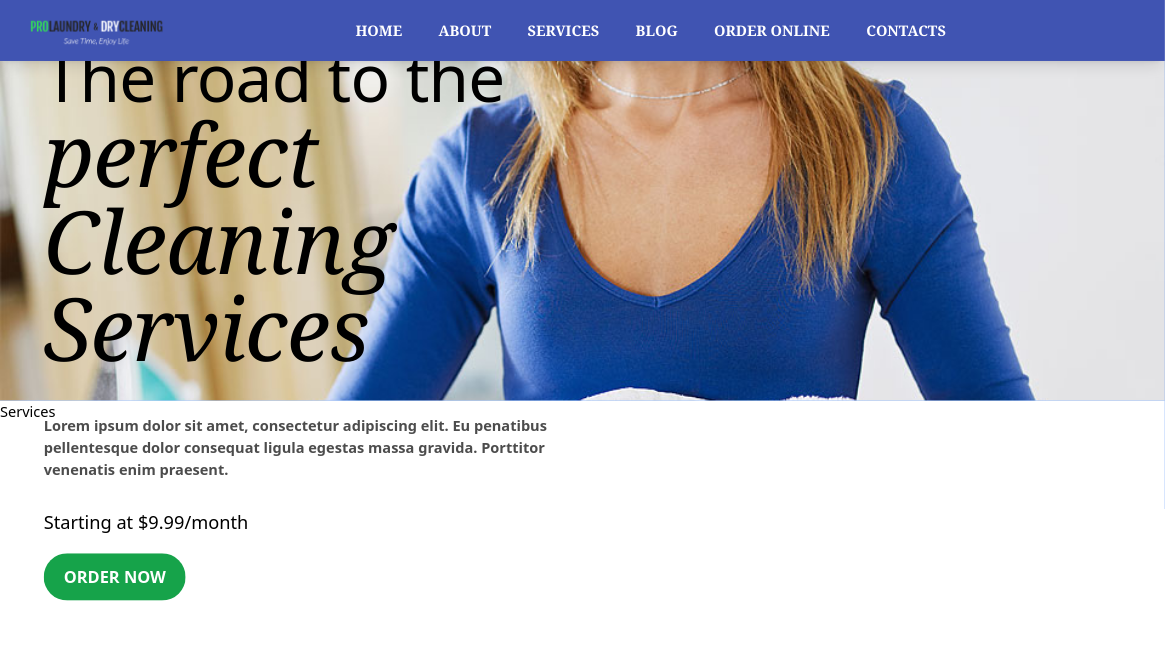
Repository: remydev47/smartlaundry
Page: /
An editor plug-in stored every save of this project. The page is shown before and after the next save, followed by the edit.
The browser window is 1280 px wide. The pictures show the whole page, at 91% of full size.
The project was rebuilt for these pictures with package versions that can differ from the ones it lists, and the page was loaded fresh each time. The framework's server and built-in components were replaced by stand-ins that run in the browser. Also part of the build but not shown: next.config.js, components/Steps.tsx, components/Commercial.tsx, components/Prices.tsx, components/Banner.tsx, components/Reasons.tsx, components/Testimonial.tsx, components/Pricing.tsx and 1 more.

Above is the page before, as saved 2022-10-24 15:13:25.

### pages/_app.tsx
import '../styles/globals.css'
import type { AppProps } from 'next/app'
import Header from '../components/Header'
import Logo from '../components/Logo'

function MyApp({ Component, pageProps }: AppProps) {
  return (
    <>

     <Header />
     <Component {...pageProps} />
    </>
  )
}

export default MyApp

### pages/index.tsx
import type { NextPage } from 'next'
import Head from 'next/head'
import Image from 'next/image'
import { Hero, Services } from '../components'

const Home: NextPage = () => {
  return (
    <div>
      <Head>
        <title>Smart Laundry</title>
        <link rel="icon" href="/favicon.ico" />
      </Head>
      <Hero />
      <Services />


    </div>
  )
}

export default Home

### components/Header.tsx
import React from 'react';
import { navLinks } from '../constants';
import Menupopover from './Menupopover';
import Image from 'next/image';
import Logo from './Logo';

const Header = () => {
  return (
    <header className="fixed inset-x-0 bg-[#4054B2] z-20 flex justify-between items-center py-2 px-2 shadow-lg dark:bg-slate-900 sm:py-3 sm:px-8">
            <div className='flex grow-0 basis-1/3 md:hidden'>
                <Menupopover />
            </div>

             <div className='flex grow-0 justify-center md:justify-start'>
                <Logo />

            </div>


            <ul className="list-none sm:flex hidden justify-center items-center flex-1">
            {navLinks.map((nav, index) => (
                <li
                key={nav.id}
                className={`font-serif font-bold cursor-pointer text-[16px]
                   ${index === navLinks.length - 1 ? 'mr-0' : 'mr-10'}
                  text-white `}
                >
                    <a>{nav.title}</a>
                </li>
            ))}
           </ul>

        </header>
  )
}

export default Header

### components/index.ts
import Hero from "./Hero";
import Services from "./Services";
import Steps from "./Steps";
import Commercial from "./Commercial";
import Prices from "./Prices";
import Banner from "./Banner";
import Reasons from "./Reasons";
import Testimonial from "./Testimonial";
import Pricing from "./Pricing";
import Footer from "./Footer";

export{
    Hero, Services, Steps, Commercial, Prices, Banner, Reasons, Testimonial, Pricing, Footer
}

### constants/index.ts
export const navLinks =[
    {
        id:"home",
        title:"HOME",
    },
    {
        id:"about",
        title:"ABOUT",
    },
    {
        id:"services",
        title:"SERVICES",
    },
    {
        id:"blog",
        title:"BLOG",
    },
    {
        id:"order online",
        title:"ORDER ONLINE",
    },
    {
        id:"contacts",
        title:"CONTACTS",
    },
]

### components/Menupopover.tsx
import React, {useState, Fragment} from 'react';
import { navLinks } from '../constants';
import { IconButton, Button } from './Button';
import { Transition, Dialog } from '@headlessui/react';
import Logo from './Logo';
import Image from 'next/image';

const Menupopover = () => {
  const [isOpen, setIsOpen] = useState(false)

  return (
    <div>
    <IconButton
      variant='ghost'
      aria-label='menu'
      onClick={() => setIsOpen(!isOpen)}
    >
      <svg className='h-6 w-6 ' fill='none' stroke='currentColor'>
        <path
          strokeLinecap='round'
          strokeLinejoin='round'
          strokeWidth={2}
          d='M4 6h16M4 12h16M4 18h16'
        />
      </svg>
    </IconButton>
    <Transition
      show={isOpen}
      appear
      as={Fragment}
      enter='transform transition ease-in-out duration-300'
      enterFrom='-translate-x-full'
      enterTo='translate-x-0'
      leave='transform transition ease-in-out duration-300 delay-200'
      leaveFrom='translate-x-0'
      leaveTo='-translate-x-full'
     >
     <Dialog
       as='div'
       className={`fixed inset-0 z-50`}
       onClose={setIsOpen}
       open={isOpen}
       >
       <Transition.Child
         as={Fragment}
         enter='ease-out duration-300 delay-300'
         enterFrom='opacity-0'
         enterTo='opacity-100'
         leave='ease-in duration-200'
         leaveFrom='opacity-100'
         leaveTo='opacity-0'
       >

        <Dialog.Overlay
          className={`fixed inset-0 bg-black/20 backdrop-blur-sm dark:bg-gray-900/80`}
         />
      </Transition.Child>
       <div className={styles.dialogcontainer}>
        <a className='mx-auto mt-4 flex w-[140px] '>
          <Logo />
        </a>
        <ul
            className={styles.navWrapper2}
         >
            {navLinks.map((nav, index) => (
                <li
                 key={nav.id}
                 className={`font-serif font-bold cursor-pointer text-[16px]
                  mt-2 border-t border-slate-200 py-4 dark:border-slate-600
                  ${index === navLinks.length - 1 ? 'mr-0' : 'mb-4'}
                  text-white `}
                >
                 <a href={`#${nav.id}`}>
                    {nav.title}
                 </a>
                </li>
             ))}
         </ul>

        <IconButton
          variant='ghost'
          aria-label='close menu'
          className='absolute top-5 right-5'
          onClick={() => setIsOpen(false)}
        >
          <svg
            viewBox='0 0 10 10'
            className='h-2.5 w-2.5 overflow-visible'
            aria-hidden='true'
          >
            <path
                d='M0 0L10 10M10 0L0 10'
                fill='none'
                stroke='currentColor'
                strokeWidth='2'
                strokeLinecap='round'
              />
          </svg>
        </IconButton>
       </div>
     </Dialog>
    </Transition>
  </div>
  )
}

export default Menupopover;

const styles ={
  dialogcontainer:`fixed top-0 bottom-0 left-0 w-full max-w-xs rounded-r-xl bg-[#4054B2] p-6 shadow-lg dark:bg-gray-800`,
  menuitems:`group relative flex h-9 items-center oveflow-hidden rounded-md hover:bg-slate-200/50`,
  navWrapper2:`list-none flex flex-col justify-end items-center flex-1`,
}

### components/Logo.tsx
import React from 'react'
import Image from 'next/image'

const Logo = () => {
  return (
    <div className=''>
      <Image
        src="/images/logo.png"
        alt='cleanu'
        height={60}
        width={150}
      />
    </div>
  )
}

export default Logo

### components/Hero.tsx
import React from 'react'
import Image from 'next/image'

const Hero = () => {
  return (
    <section className='relative h-[640px] w-full  bg-blue-500 sm:h-[55vh] md:h-[440px]'>
        <Image
           src='/images/hero1.jpg'
           layout='fill'
           objectFit='cover'
         />
     <div className="relative">
 <div className="px-6 mx-auto sm:px-8 lg:px-12 max-w-7xl">
     <div className="w-full lg:w-2/3 xl:w-1/2">
         <h1 className="font-sans text-base font-bold tracking-tight text-black text-opacity-70">Dont let bad services ruin your Day</h1>
         <p className="mt-6 tracking-tighter text-black">
             <span className="font-sans font-normal text-7xl">The road to the</span><br />
             <span className="font-serif italic font-normal text-8xl">perfect Cleaning Services</span>
         </p>
         <p className="mt-12 font-sans text-base font-bold text-black text-opacity-70">Lorem ipsum dolor sit amet, consectetur adipiscing elit. Eu penatibus pellentesque dolor consequat ligula egestas massa gravida. Porttitor venenatis enim praesent.</p>
         <p className="mt-8 font-sans text-xl font-normal text-black">Starting at $9.99/month</p>

         <div className="flex items-center mt-5 space-x-3 sm:space-x-4">
             <a
                 href="#"
                 title=""
                 className="
                     inline-flex
                     items-center
                     justify-center
                     px-5
                     py-2
                     font-sans
                     text-base
                     font-semibold
                     transition-all
                     duration-200
                     border-2 border-transparent
                     rounded-full
                     sm:leading-8
                     bg-green-600
                     sm:text-lg
                     text-white
                     hover:bg-opacity-90
                     focus:outline-none focus:ring-2 focus:ring-offset-2 focus:ring-primary focus:ring-offset-secondary
                 "
                 role="button"
             >
                 ORDER NOW
             </a>


         </div>
     </div>
 </div>
</div>
    </section>
  )
}

export default Hero

### components/Button/index.tsx
import React, { forwardRef } from "react";
//import { __DEV__ } from "../../utils/assertions";

type BaseButtonProps = Omit<React.HTMLProps<HTMLButtonElement>, "size">;

/* === Button Element === */

export interface ButtonProps extends BaseButtonProps {
  children: React.ReactNode;
  fullWidth?: boolean;
  className?: string;
  variant?: "solid" | "outline" | "ghost";
  size?: "sm" | "md" | "lg";
  as?: string;
  isExternal?: boolean;
  type?: "button" | "submit" | "reset";
}

export const Button = forwardRef<HTMLButtonElement, ButtonProps>(
  (
    {
      children,
      variant = "solid",
      size = "md",
      fullWidth = false,
      className,
      as = "button",
      isExternal = false,
      ...rest
    },
    ref
  ) => {
    let tempClassNames: string[] = [];

    const sharedClasses = [
      "capitalize",
      "focus:outline-none",
      "focus:ring-2",
      "focus:ring-indigo-400",
      "focus:ring-offset-2",
      "focus:ring-offset-indigo-50",
      "font-semibold",
      "rounded-full",
      "inline-flex",
      "flex-shrink-0",
      "items-center",
      "justify-center",
      "transition-colors",
      "ease-in-out",
      "duration-500",
    ];

    if (fullWidth) sharedClasses.push("w-full");

    // handle variants
    let btnSolid = ["bg-indigo-600", "hover:bg-indigo-700", "text-white"];
    let btnOutline = [
      "dark:text-white",
      "hover:text-indigo-700",
      "hover:dark:text-indigo-700",
      "bg-transparent",
      "hover:bg-indigo-50",
      "border",
      "border-indigo-600",
    ];
    let btnGhost = [
      "bg-transparent",
      "dark:text-white",
      "hover:bg-indigo-50",
      "hover:text-indigo-700",
      "hover:dark:text-indigo-700",
    ];

    if (variant === "solid") {
      tempClassNames = [...sharedClasses, ...btnSolid];
    } else if (variant === "outline") {
      tempClassNames = [...sharedClasses, ...btnOutline];
    } else if (variant === "ghost") {
      tempClassNames = [...sharedClasses, ...btnGhost];
    }

    // handle sizes
    let sizeSm = ["h-8", "px-2", "text-sm"];
    let sizeMd = ["h-10", "px-3"];
    let sizeLg = ["h-12", "px-4", "text-lg"];

    if (size === "sm") {
      tempClassNames = [...tempClassNames, ...sizeSm];
    } else if (size === "md") {
      tempClassNames = [...tempClassNames, ...sizeMd];
    } else if (size === "lg") {
      tempClassNames = [...tempClassNames, ...sizeLg];
    }

    let classes = tempClassNames.join(" ");

    let Element = as ? (
      React.createElement(
        as,
        {
          className: `${classes} ${className}`,
          target: isExternal ? "_blank" : undefined,
          rel: isExternal ? "noopener noreferrer" : undefined,
          ref,
          ...rest,
        },
        children
      )
    ) : (
      <button {...rest} className={`${classes} ${className}`} ref={ref}>
        {children}
      </button>
    );

    return Element;
  }
);

// if (__DEV__) {
//   Button.displayName = "Button";
// }

/* === IconButton Element === */

export interface IconButtonProps extends ButtonProps {
  icon?: React.ReactElement;
  "aria-label": string;
}

export const IconButton = forwardRef<HTMLButtonElement, IconButtonProps>(
  (
    {
      children,
      icon,
      className,
      "aria-label": ariaLabel,
      size = "md",
      ...rest
    },
    ref
  ) => {
    let sharedClasses = ["rounded-full", "!px-0"];

    // handle sizes
    let sizeSm = ["w-8"];
    let sizeMd = ["w-10"];
    let sizeLg = ["w-12"];

    if (size === "sm") {
      sharedClasses = [...sharedClasses, ...sizeSm];
    } else if (size === "md") {
      sharedClasses = [...sharedClasses, ...sizeMd];
    } else if (size === "lg") {
      sharedClasses = [...sharedClasses, ...sizeLg];
    }

    /**
     * Passing the icon as prop or children should work
     */
    const element = icon || children;
    const _children = React.isValidElement(element)
      ? React.cloneElement(element as any, {
          "aria-hidden": true,
          focusable: false,
        })
      : null;

    let classes = sharedClasses.join(" ");
    return (
      <Button
        className={`${classes} ${className}`}
        aria-label={ariaLabel}
        size={size}
        {...rest}
        ref={ref}
      >
        {_children}
      </Button>
    );
  }
)

Loaded but not shown: styles/globals.css (common file); components/Services.tsx (common file); tailwind.config.js (common file)

After the next save:
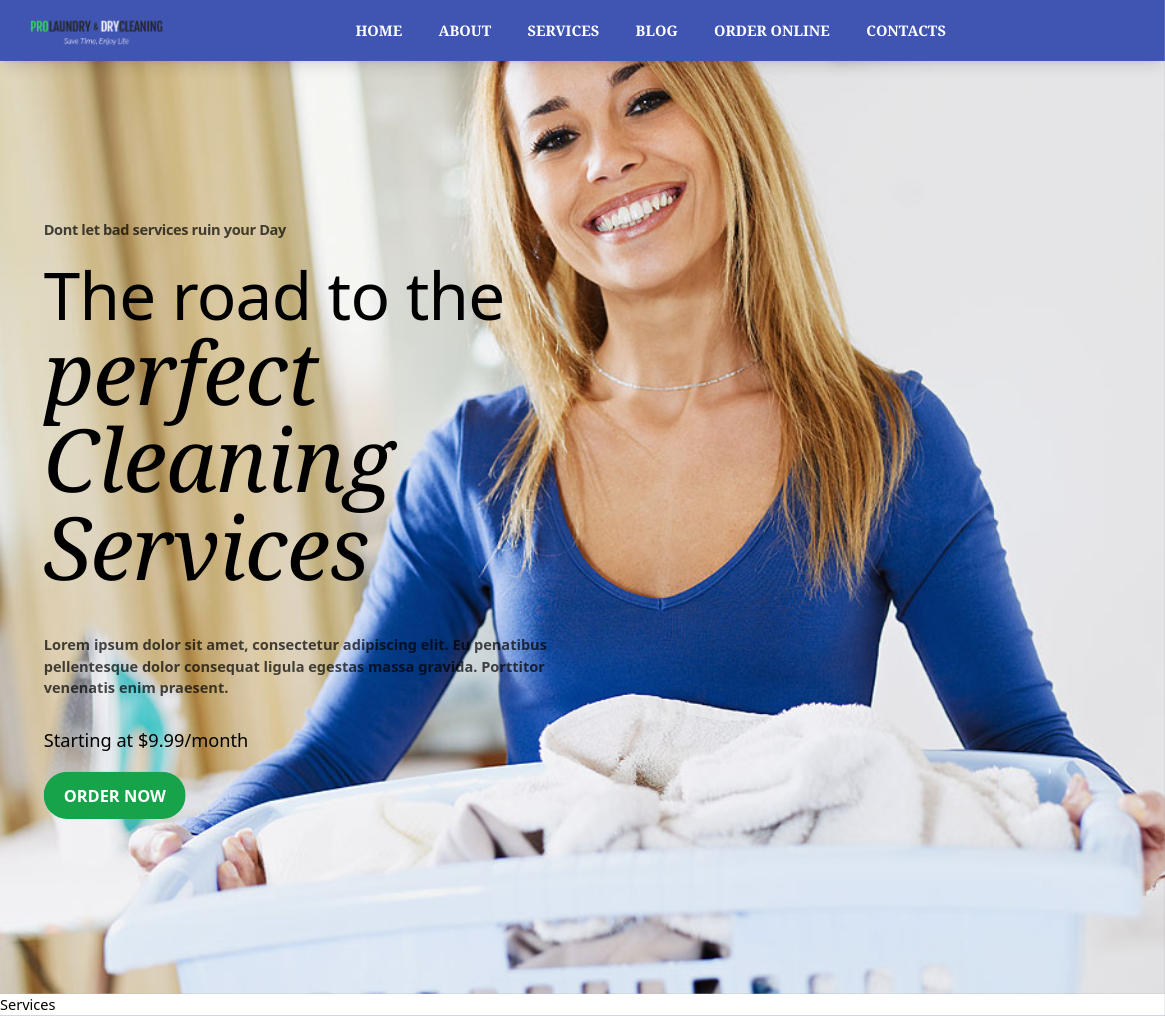
Saved 48 s later.
--- a/components/Hero.tsx
+++ b/components/Hero.tsx
@@ -3,7 +3,7 @@
 
 const Hero = () => {
   return (
-    <section className='relative h-[640px] w-full  bg-blue-500 sm:h-[55vh] md:h-[440px]'>
+    <section className='relative pt-48 pb-12 bg-gray-400 xl:pt-60 sm:pb-16 lg:pb-32 xl:pb-48 2xl:pb-56'>
         <Image
            src='/images/hero1.jpg'
            layout='fill'
